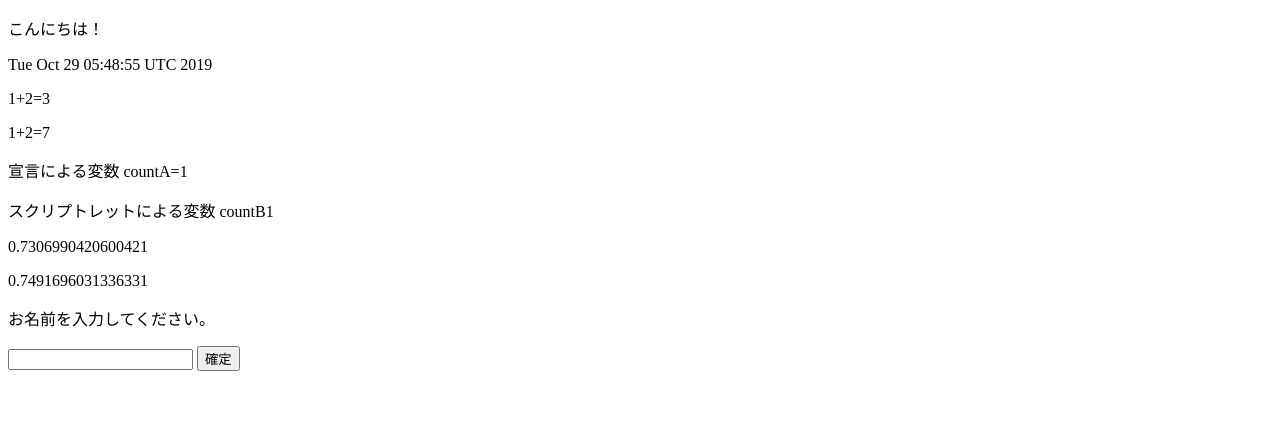
Repository: KeisukeNakamura038/test
Page: http://localhost/HelloJSP/
These files come from the project's save history. The page is drawn as it stood at one moment and after the next save; the edit follows.
The browser window is 1280 px wide. The pictures show the whole page.
The page is served by Tomcat 9.

Above is the page before, as saved 2019-10-29 07:58:14.

After the next save:
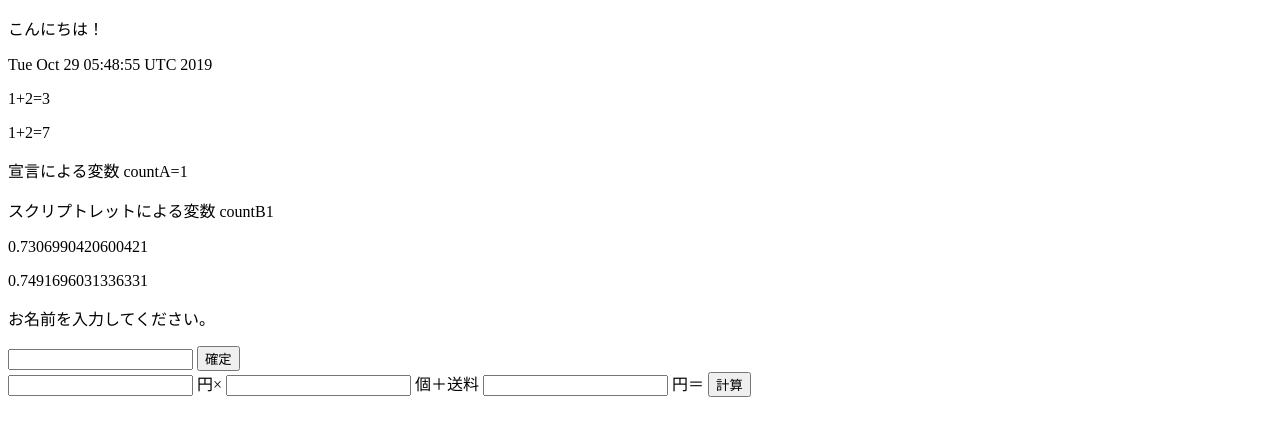
Saved 22 min 9 s later.
--- a/HelloJSP/WebContent/index.jsp
+++ b/HelloJSP/WebContent/index.jsp
@@ -47,5 +47,16 @@
 		<input type="submit" value="確定">
 	</form>
 
+
+	<form method="post" action="total-out.jsp">
+	<input type="text" name="price">
+	円×
+	<input type="text" name="count">
+	個＋送料
+	<input type="text" name="delivery">
+	円＝
+	<input type="submit" value="計算">
+	</form>
+
 </body>
 </html>
